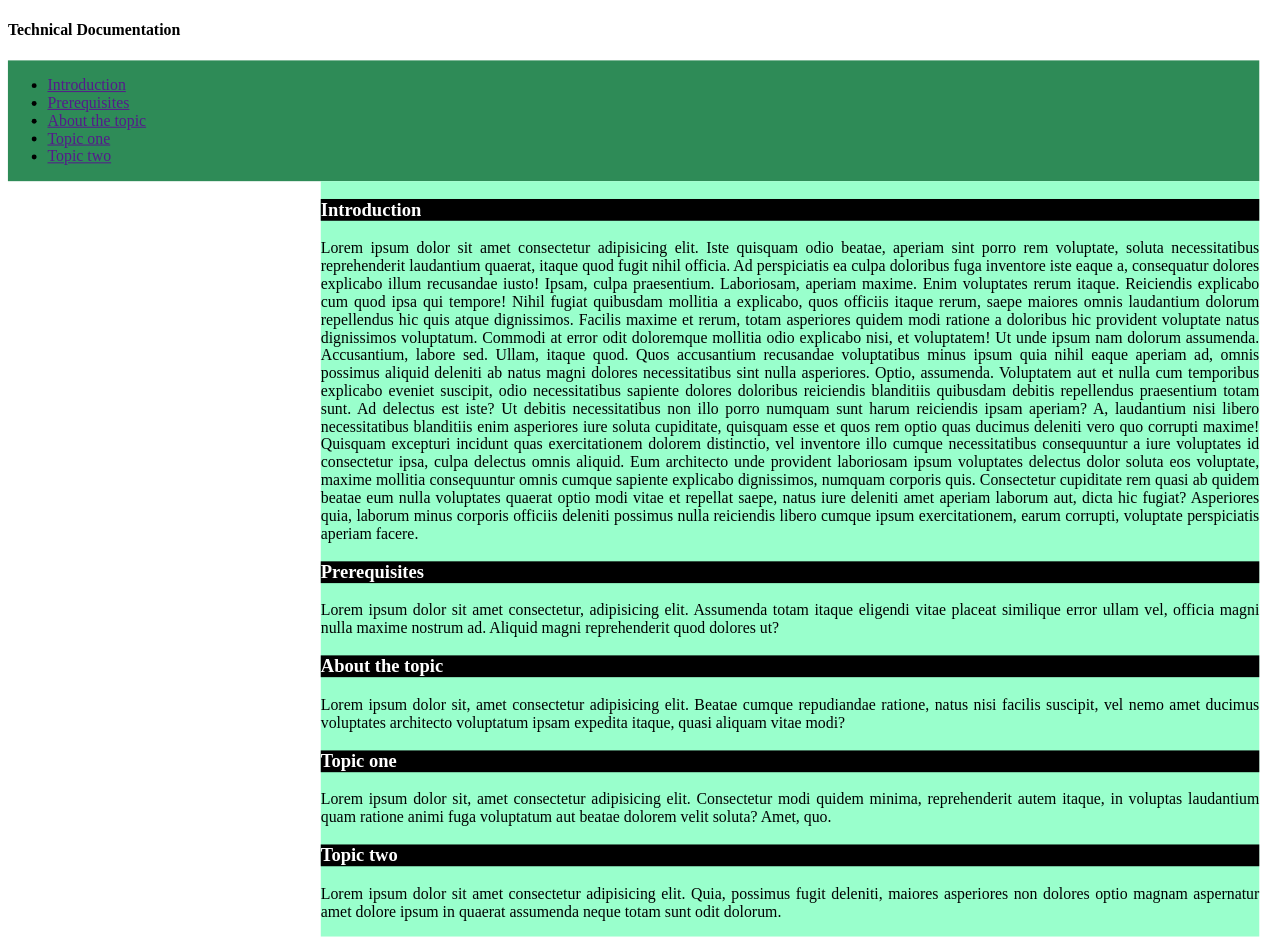
Repository: JoaoLemesDEV/Excercise-Tech-Documentation-Page
Page: index.html
An editor plug-in stored every save of this project. The page is shown before and after the next save, followed by the edit.
The browser window is 1280 px wide. The pictures show the whole page, at 99% of full size.

Above is the page before, as saved 2021-10-03 21:01:43.

After the next save:
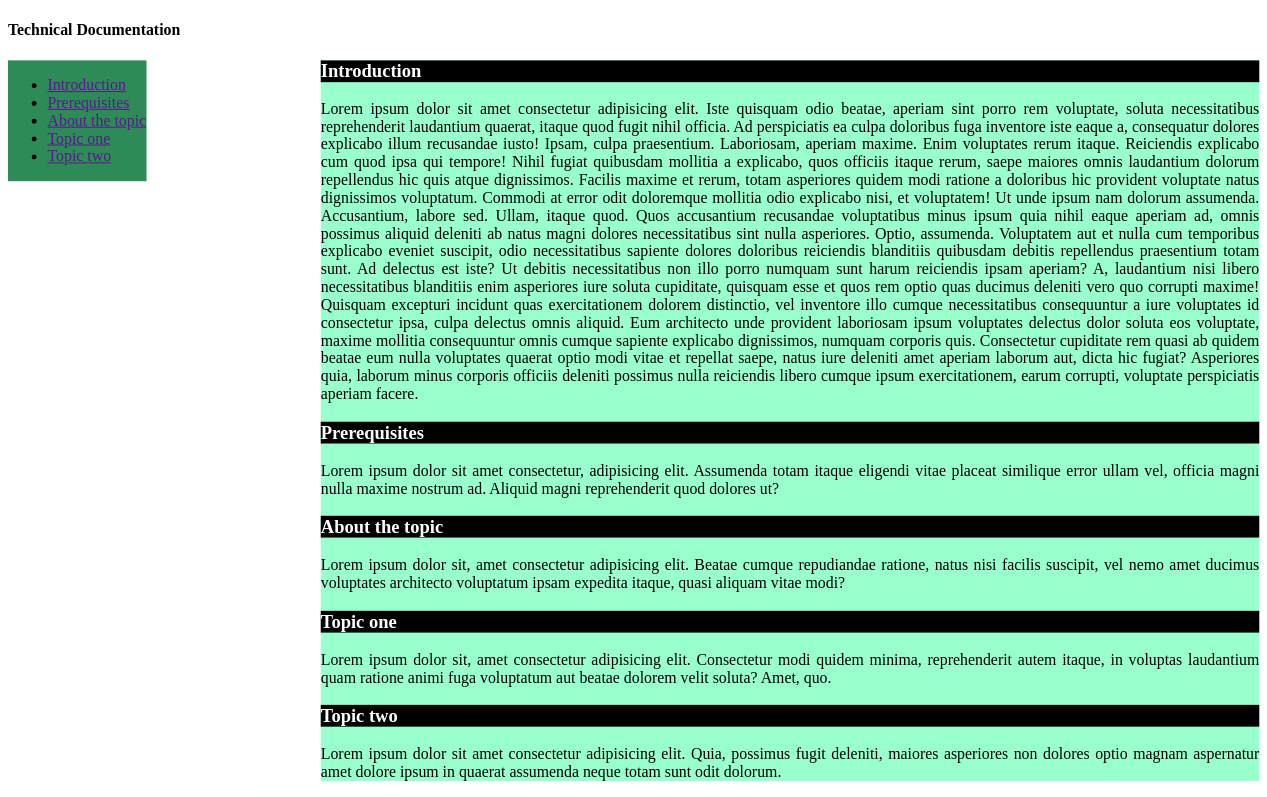
Saved 6 min 44 s later.
--- a/index.css
+++ b/index.css
@@ -7,7 +7,7 @@ background-color: seagreen;
 }
 
 .wrapper {
-    display: grid;
+    //display: grid;
     //grid-template-columns: 100px 100px 100px;
     //grid-template-rows: 150px 150px;
 }
